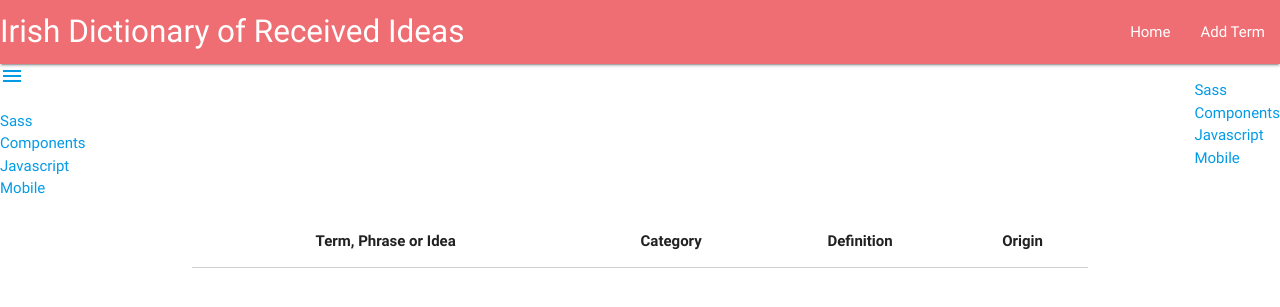
Repository: kalkiboru111/irish-dictionary-of-received-ideas
Page: http://localhost/
The author's editor kept a record of every edit. The page is drawn from the files as they stood at one moment, then again after the next edit.
The browser window is 1280 px wide. The pictures show the whole page.
Some web libraries are served in a nearby version. The page is served by the project's application, run on Flask 3 (app.py). Queries for data that is not in the repository find no rows.

Above is the page before.
Console error: TypeError: $(...).formSelect is not a function

### templates/terms.html

{% extends 'base.html' %}
{% block content %}

    <table class="highlight centered responsive-table">
        <thead>
          <tr>
              <th>Term, Phrase or Idea</th>
              <th>Category</th>
              <th>Definition</th>
              <th>Origin</th>
          </tr>
        </thead>
        <tbody>
        {% for term in terms %}
          <tr>
            <td>{{term.term_name}}</td>
            <td>{{term.term_category}}</td>
            <td>{{term.term_definition}}</td>
            <td>{{term.term_origin}}</td>
          </tr>
         {% endfor %}
        </tbody>
    </table>

{% endblock %}

### templates/base.html
<!DOCTYPE html>
<html>

<head>
    <link href="https://fonts.googleapis.com/icon?family=Material+Icons" rel="stylesheet">
    <link rel="stylesheet" href="https://cdnjs.cloudflare.com/ajax/libs/materialize/0.100.2/css/materialize.min.css">
    <link rel="stylesheet" href="{{url_for('static', filename='css/style.css')}}" type="text/css" />
</head>

<body>
    <header>
        <nav>
            <div class="nav-wrapper">
                <a href="{{url_for('get_terms')}}" class="brand-logo">Irish Dictionary of Received Ideas</a>
                <a href="#" data-activates="mobile-demo" class="button-collapse"><i class="material-icons">menu</i></a>
                <ul id="nav-mobile" class="right hide-on-med-and-down">
                    <li><a href="{{url_for('get_terms')}}">Home</a></li>
                    <li><a href="{{url_for('add_term')}}">Add Term</a></li>

                </ul>
                <ul class="side-nav" id="mobile-demo">
                    <li><a href="{{url_for('get_terms')}}">Home</a></li>
                    <li><a href="{{url_for('add_term')}}">Add Term</a></li>

                </ul>
            </div>
        </nav>


      <a href="#" data-target="mobile-demo" class="sidenav-trigger"><i class="material-icons">menu</i></a>
      <ul class="right hide-on-med-and-down">
        <li><a href="sass.html">Sass</a></li>
        <li><a href="badges.html">Components</a></li>
        <li><a href="collapsible.html">Javascript</a></li>
        <li><a href="mobile.html">Mobile</a></li>
      </ul>
    </div>
  </nav>

  <ul class="sidenav" id="mobile-demo">
    <li><a href="sass.html">Sass</a></li>
    <li><a href="badges.html">Components</a></li>
    <li><a href="collapsible.html">Javascript</a></li>
    <li><a href="mobile.html">Mobile</a></li>
  </ul>
    </header>
<div class="container">
    {% block content %} {% endblock %}
</div>
    <script src="https://cdnjs.cloudflare.com/ajax/libs/jquery/3.2.1/jquery.min.js"></script>
    <script src="https://cdnjs.cloudflare.com/ajax/libs/materialize/0.100.2/js/materialize.min.js"></script>
    <script type="text/javascript">
        $(document).ready(function() {
            $('select').formSelect();
            $('.sidenav').sidenav();
            $(".button-collapse").sideNav();
        });
    </script>

</body>

</html>

### app.py
import os
from flask import Flask, render_template, redirect, request, url_for
from flask_pymongo import PyMongo
from bson.objectid import ObjectId

app = Flask(__name__)

app.config['MONGO_DBNAME'] = 'irish_dictionary'
app.config["MONGO_URI"] = os.getenv("MONGO_URI")

mongo = PyMongo(app)

@app.route('/')

# View directs user to terms page
@app.route('/get_terms')
def get_terms():
    return render_template("terms.html",
    terms=mongo.db.terms.find())

@app.route('/add_term')
def add_term():
    return render_template("add_term.html",
    categories=mongo.db.categories.find())

@app.route('/insert_term', methods=['POST'])
def insert_term():
    terms = mongo.db.terms
    terms.insert_one(request.form.to_dict())
    return redirect(url_for('get_terms'))

@app.route('/edit_term/<term_id>')
def editterm(term_id):
    the_term =  mongo.db.terms.find_one({"_id": ObjectId(term_id)})
    all_categories =  mongo.db.categories.find()
    return render_template('editterm.html', term=the_term,
                           categories=all_categories)

@app.route('/update_term/<term_id>', methods=['POST'])
def update_term(term_id):
    terms = mongo.db.terms
    terms.update( {"_id": ObjectId(term_id)},
    {   'term_name':request.form.get('term_name'),
        'category_name':request.form.get('category_name'),
        'term_definition': request.form.get('term_definition'),
        'term_origin':request.form.get('term_origin')
    })
    return redirect(url_for('get_terms'))

@app.route('/delete_term/<term_id>')
def delete_term(term_id):
    mongo.db.terms.remove({"_id": ObjectId(term_id)})
    return redirect(url_for('get_terms'))

if __name__ == '__main__':
    app.run(host=os.environ.get('IP'),
            port=int(os.environ.get('PORT')),
            debug=True)

### static/css/style.css
/* body {
    background-color: red;
} */

After the next edit:
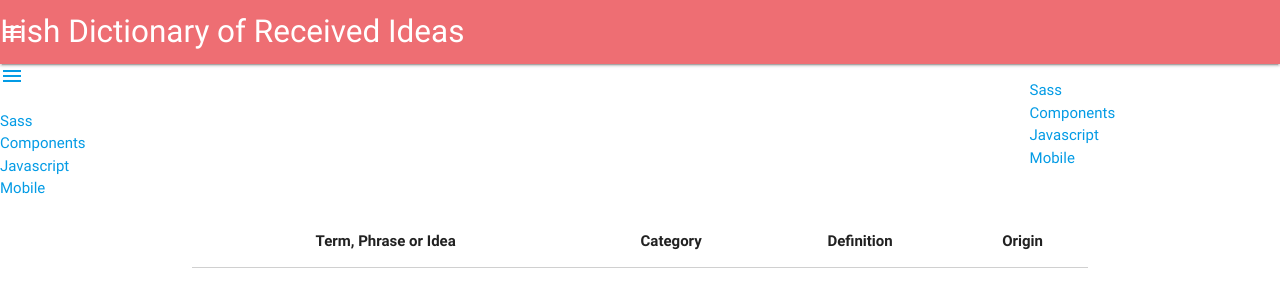
The edit:
--- a/templates/base.html
+++ b/templates/base.html
@@ -12,7 +12,7 @@
         <nav>
             <div class="nav-wrapper">
                 <a href="{{url_for('get_terms')}}" class="brand-logo">Irish Dictionary of Received Ideas</a>
-                <a href="#" data-activates="mobile-demo" class="button-collapse"><i class="material-icons">menu</i></a>
+                <a href="#" data-target="mobile-demo" class="sidenav-trigger"><i class="material-icons">menu</i></a>
                 <ul id="nav-mobile" class="right hide-on-med-and-down">
                     <li><a href="{{url_for('get_terms')}}">Home</a></li>
                     <li><a href="{{url_for('add_term')}}">Add Term</a></li>
